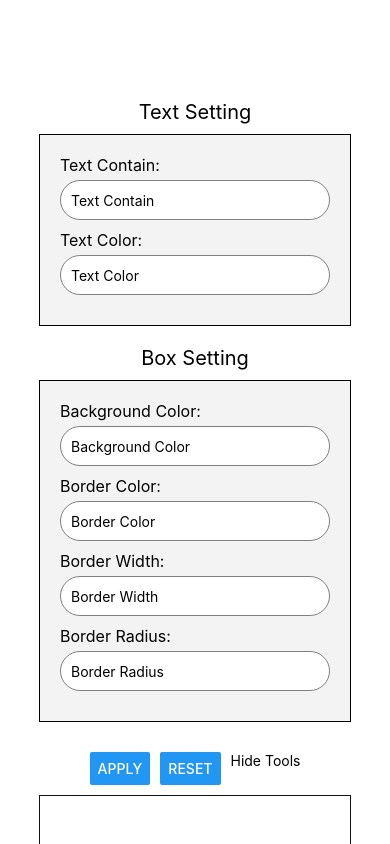
Repository: amirjavadikia/mobile-projectg
Screen: /
An editor plug-in stored every save of this project. The screen is shown before and after the next save, followed by the edit.
An inner scrolling area shows only its first screen. The app was drawn by React Native's web renderer in a window 390 px wide. The project was rebuilt for these pictures with package versions that can differ from the ones it lists, and the page was loaded fresh each time.

Above is the screen before, as saved 2024-05-14 22:11:47.

After the next save:
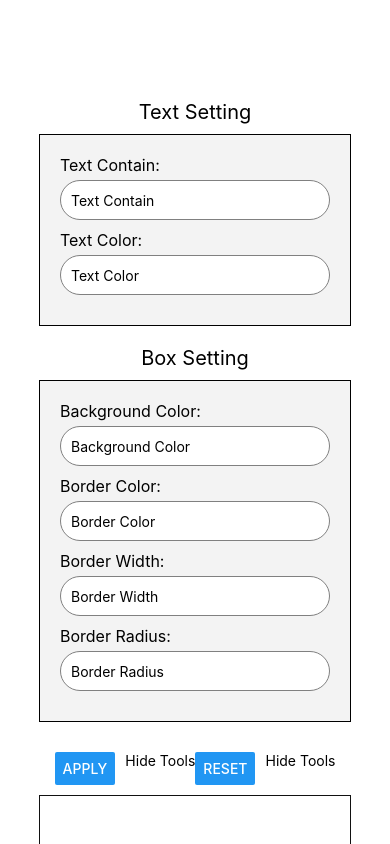
Saved 9 s later.
--- a/App.tsx
+++ b/App.tsx
@@ -219,6 +219,12 @@ const App = () => {
                 <View style={styles.applyButton}>
                   <Button title="Apply" onPress={handleApplyChanges} />
                 </View>
+                <TouchableOpacity
+               onPress={handleToggleTools}
+               style={styles.showButton}
+            >
+              <Text>{showTools ? "Hide Tools" : "Show Tools"}</Text>
+            </TouchableOpacity>
 
                 <View style={styles.resetButton}>
                 <Button title="Reset" onPress={handleResetChanges} />
